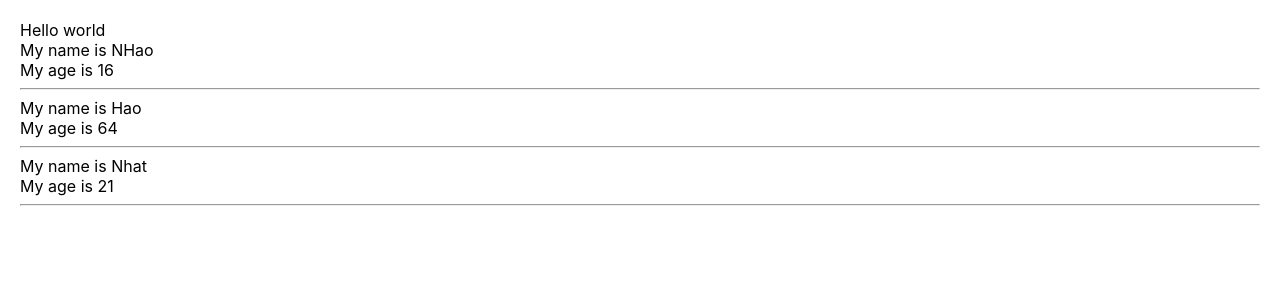
Repository: haonguyen09/reactProject
Page: /
The author's editor kept a copy of each file at every save. The page is drawn from the files as they stood at one save, then again after the next save.
The browser window is 1280 px wide. The pictures show the whole page.
The project was rebuilt for these pictures with package versions that can differ from the ones it lists, and the page was loaded fresh each time.

Above is the page before, as saved 2023-08-01 15:57:11.

### src/App.js
import logo from './logo.svg';
import './App.css';
import { useDispatch, useSelector } from 'react-redux';
import { increaseCounter, decreaseCounter } from './redux/action/counterAction';
import MyComponent from './components/MyComponent';
import React from "react";


class App extends React.Component {

  render() {
    return (
      <div>
      Hello world
      <MyComponent></MyComponent>
    </div>
    )
  }
}




// const App = () => {
//   const count = useSelector(state => state.counter.count);
//   const dispatch = useDispatch();

//   return (

//     <div className="App">
//       <header className="App-header">
//         <img src={logo} className="App-logo" alt="logo" />
//         <p>
//           Hello world
//         </p>
//         <div>Count = {count}</div>
//         <button onClick={() => dispatch(increaseCounter())}>Increase</button>
//         <button onClick={() => dispatch(decreaseCounter())}>Decrease</button>
//       </header>
//     </div>
//   );
// }

export default App;

### src/App.css
.red {
  color: red;
}

.green {
  color: green;
}
body {
  padding: 20px;
  margin: 0;
  font-family: -apple-system, BlinkMacSystemFont, 'Segoe UI', 'Roboto', 'Oxygen',
    'Ubuntu', 'Cantarell', 'Fira Sans', 'Droid Sans', 'Helvetica Neue',
    sans-serif;
  -webkit-font-smoothing: antialiased;
  -moz-osx-font-smoothing: grayscale;
}

code {
  font-family: source-code-pro, Menlo, Monaco, Consolas, 'Courier New',
    monospace;
}

.App {
  text-align: center;
}

.App-logo {
  height: 40vmin;
  pointer-events: none;
}

@media (prefers-reduced-motion: no-preference) {
  .App-logo {
    animation: App-logo-spin infinite 20s linear;
  }
}

.App-header {
  background-color: #282c34;
  min-height: 100vh;
  display: flex;
  flex-direction: column;
  align-items: center;
  justify-content: center;
  font-size: calc(10px + 2vmin);
  color: white;
}

.App-link {
  color: #61dafb;
}

@keyframes App-logo-spin {
  from {
    transform: rotate(0deg);
  }
  to {
    transform: rotate(360deg);
  }
}

### src/components/MyComponent.js
import React from 'react';
// import Info from './Info';
import MyInfo from './MyInfo';

class MyComponent extends React.Component {
    // JSX
    state = {
        listUsers: [
            {id: 1, name: "NHao", age: 16},
            {id: 2, name: "Hao", age: 64},
            {id: 3, name: "Nhat", age: 21},
        ]
    }


    render() {
        return (
            <div>
                {/* <Info /> */}
                <MyInfo listUsers={this.state.listUsers} />
            </div>
            );
    };

    }



export default MyComponent;

### src/components/MyInfo.js
import React from 'react';

class MyInfo extends React.Component {



    render() {
        const { listUsers } = this.props;
        console.log(listUsers);
        return (



            <div>

                {
                    listUsers.map((user) => {
                    return (
                    <div key ={user.id}>
                        <div>My name is {user.name}</div>
                        <div>My age is {user.age }</div>
                        <hr/>
                    </div>
                    )
                })}

            </div>
        )
    }
}

export default MyInfo

Loaded but not shown: public/index.html (common file); src/index.js (common file); src/reportWebVitals.js (common file); src/redux/store.js (common file); src/redux/action/counterAction.js (common file); src/redux/reducer/rootReducer.js (common file); src/redux/reducer/counterReducer.js (common file)

After the next save:
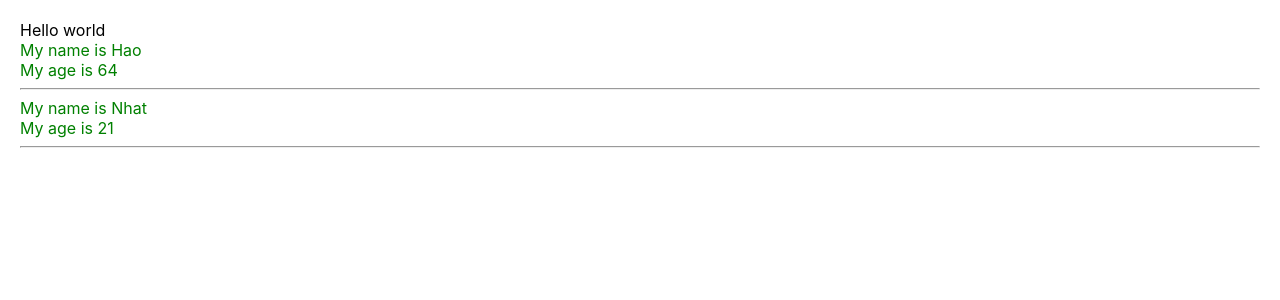
Saved 11 min 11 s later.
--- a/src/components/MyInfo.js
+++ b/src/components/MyInfo.js
@@ -15,13 +15,15 @@ class MyInfo extends React.Component {
 
                 {
                     listUsers.map((user) => {
-                    return (
-                    <div key ={user.id}>
-                        <div>My name is {user.name}</div>
-                        <div>My age is {user.age }</div>
-                        <hr/>
-                    </div>
-                    )
+                        if (user.age > 18) {
+                                return (
+                            <div key ={user.id} className="green">
+                                <div>My name is {user.name}</div>
+                                <div>My age is {user.age }</div>
+                                <hr/>
+                            </div>
+                            )
+                        }
                 })}
 
             </div>
